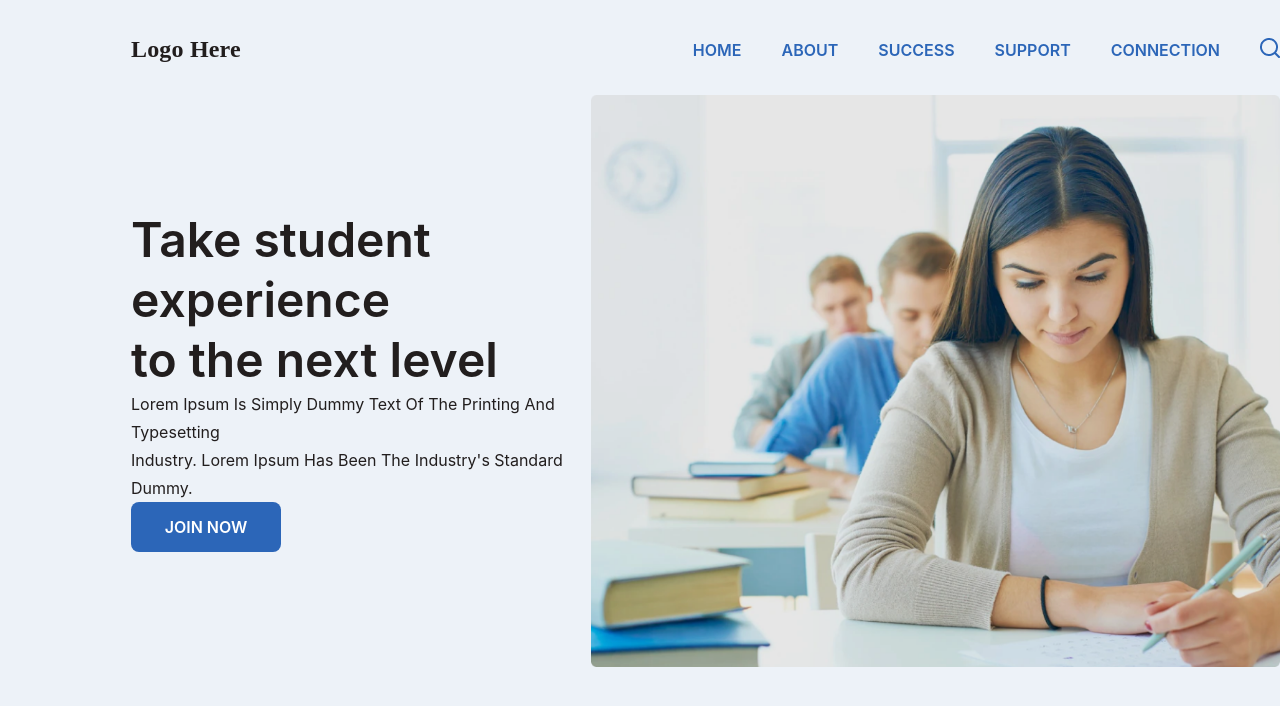
Repository: FaridRustamov09/Final-Task
Page: Pages/homePage/index.html
The author's editor kept a copy of each file at every save. The page is drawn from the files as they stood at one save, then again after the next save.
The browser window is 1280 px wide. The pictures show the whole page.
The style sheet was rebuilt from its Sass, Less or Tailwind sources for each picture, by a compiler version that may differ from the author's.

Above is the page before, as saved 2024-07-14 20:18:36.

### Pages/homePage/index.html
<!DOCTYPE html>
<html lang="en">
  <head>
    <meta charset="UTF-8" />
    <meta name="viewport" content="width=device-width, initial-scale=1.0" />
    <title>Document</title>
    <link rel="stylesheet" href="index.css" />
  </head>
  <body>
    <div class="container1">
      <nav>
        <b>Logo Here</b>
        <ul>
          <li><a href="../homePage/index.html">Home</a></li>
          <li><a href="../homePage/index.html">About</a></li>
          <li><a href="../homePage/index.html">Success</a></li>
          <li><a href="../homePage/index.html">Support</a></li>
          <li><a href="../homePage/index.html">Connection</a></li>
          <li>        <img src="../../images/Group 233.png" alt="" />
          </li>
        </ul>

      </nav>
      <main>
        <ul>
          <li>
            <h2>
              Take student experience
              <br />
              to the next level
            </h2>
            <p>
              Lorem Ipsum is simply dummy text of the printing and typesetting
              <br />
              industry. Lorem Ipsum has been the industry's standard dummy.
            </p>
            <button><a href="">Join Now</a></button>
          </li>
        </ul>
        <img src="../../images/Rectangle 20.png" alt="" />
        <!-- <video width="" height="240" controls>
        <source src="http://www.w3schools.com/html/mov_bbb.mp4" type="video/mp4">
        <source src="movie.ogg" type="video/ogg">
        Your browser does not support the video tag.
      </video> -->
      </main>
    </div>
  </body>
</html>

### Pages/homePage/index.scss
* {
  margin: 0;
  padding: 0;
  box-sizing: border-box;
}
.container1 {
  padding: 36px 0 0 131px;
  background: #edf2f8;
  min-height: 100vh;
  nav {
    display: flex;
    align-items: center;
    justify-content: space-between;
    b {
      color: var(--black, #221e1e);
      font-family: Poppins;
      font-size: 24px;
      font-style: normal;
      font-weight: 700;
      line-height: normal;
      letter-spacing: 0.183px;
      text-transform: capitalize;

    }
    ul{
      display: flex;
      align-items: center;
      li{
        list-style-type: none;
        a {
          margin-right: 40px;
          color: var(--blue-link, #2c66b8);
          font-family: Inter;
          font-size: 16px;
          font-style: normal;
          font-weight: 600;
          line-height: normal;
          text-transform: uppercase;
          text-decoration: none;
        }
      }
    }

  }
  main {
    margin-top: 32px;
    display: flex;
    align-items: center;
    ul {
      li {
        list-style-type: none;
        h2 {
          color: var(--black, #221e1e);
          font-family: Inter;
          font-size: 48px;
          font-style: normal;
          font-weight: 600;
          line-height: 60px;
        }
        p {
          color: #221e1e;
          font-family: Inter;
          font-size: 16px;
          font-style: normal;
          font-weight: 400;
          line-height: 28px;
          text-transform: capitalize;
        }
        button {
          border: none;
          width: 150px;
          height: 50px;

          border-radius: 8px;
          background: #2c66b8;
          a {
            text-decoration: none;
            color: #fff;
            font-family: Inter;
            font-size: 16px;
            font-style: normal;
            font-weight: 600;
            line-height: normal;
            text-transform: uppercase;
          }
        }
      }
    }
    img {
      width: 60%;
    }
  }
}

After the next save:
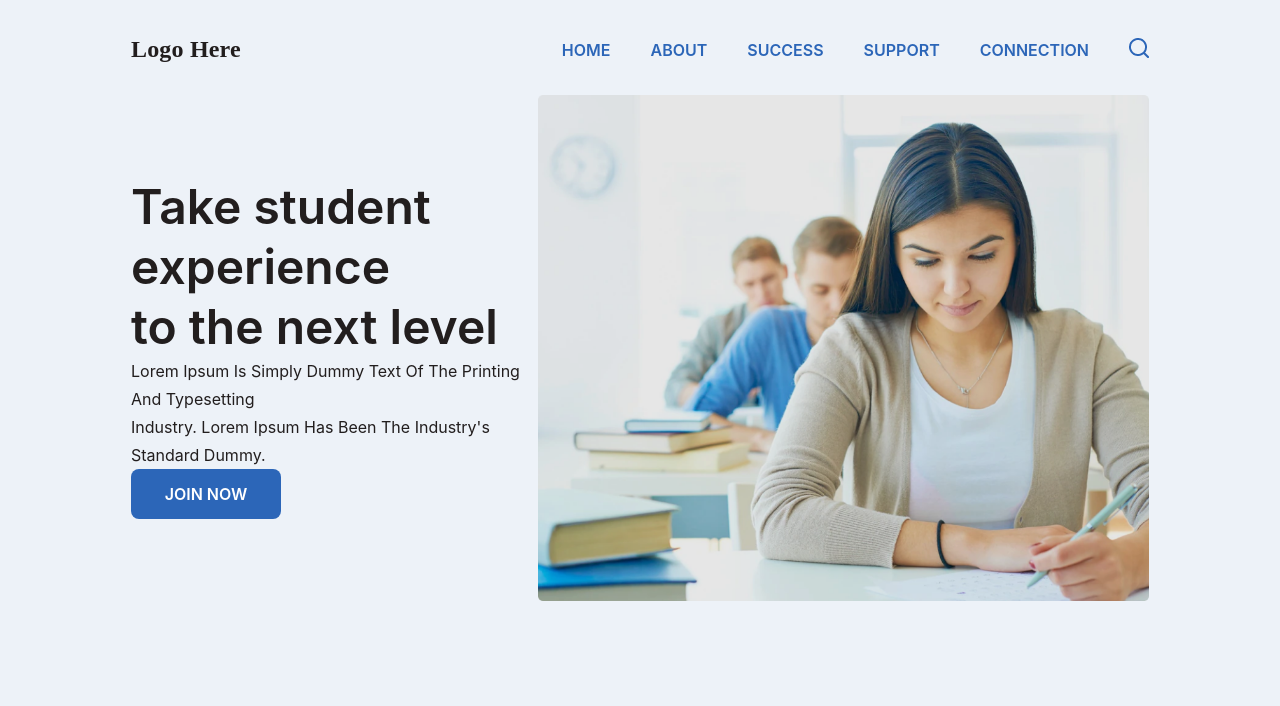
Saved 35 s later.
--- a/Pages/homePage/index.scss
+++ b/Pages/homePage/index.scss
@@ -4,7 +4,7 @@
   box-sizing: border-box;
 }
 .container1 {
-  padding: 36px 0 0 131px;
+  padding: 36px  131px;
   background: #edf2f8;
   min-height: 100vh;
   nav {

After the save that followed:
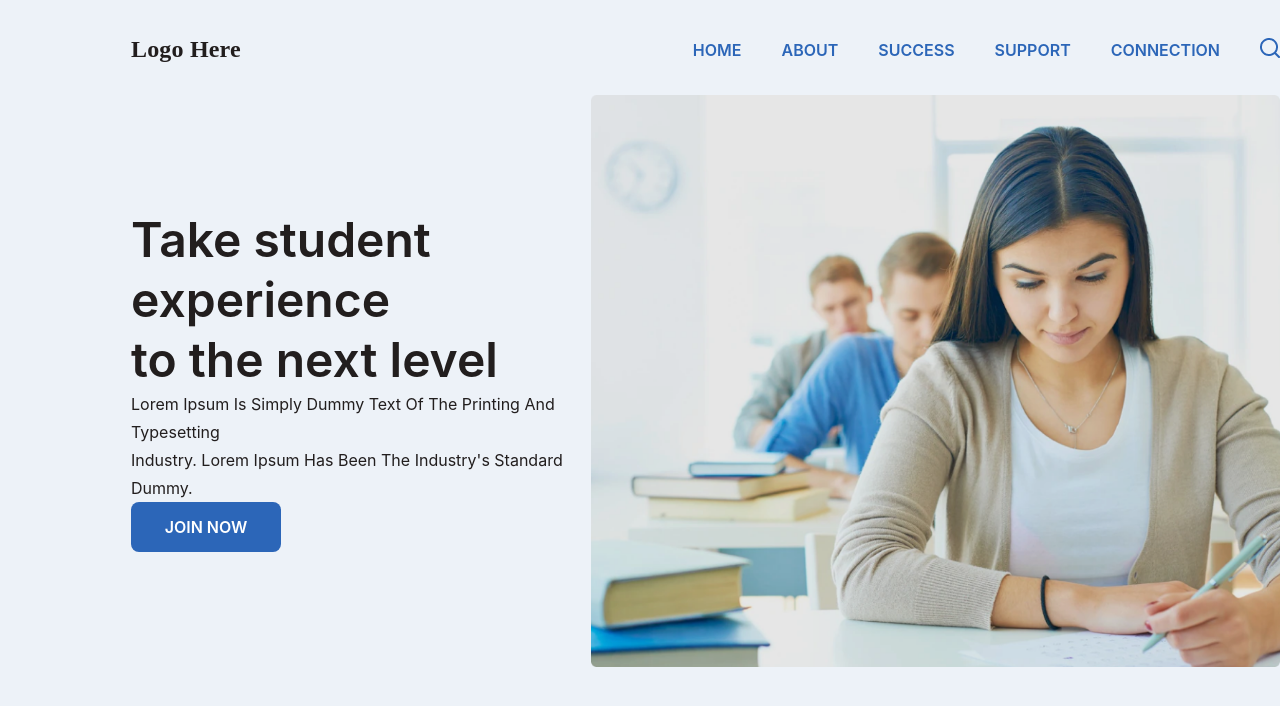
Saved 9 s later.
--- a/Pages/homePage/index.scss
+++ b/Pages/homePage/index.scss
@@ -4,7 +4,7 @@
   box-sizing: border-box;
 }
 .container1 {
-  padding: 36px  131px;
+  padding: 36px 0 0 131px;
   background: #edf2f8;
   min-height: 100vh;
   nav {
